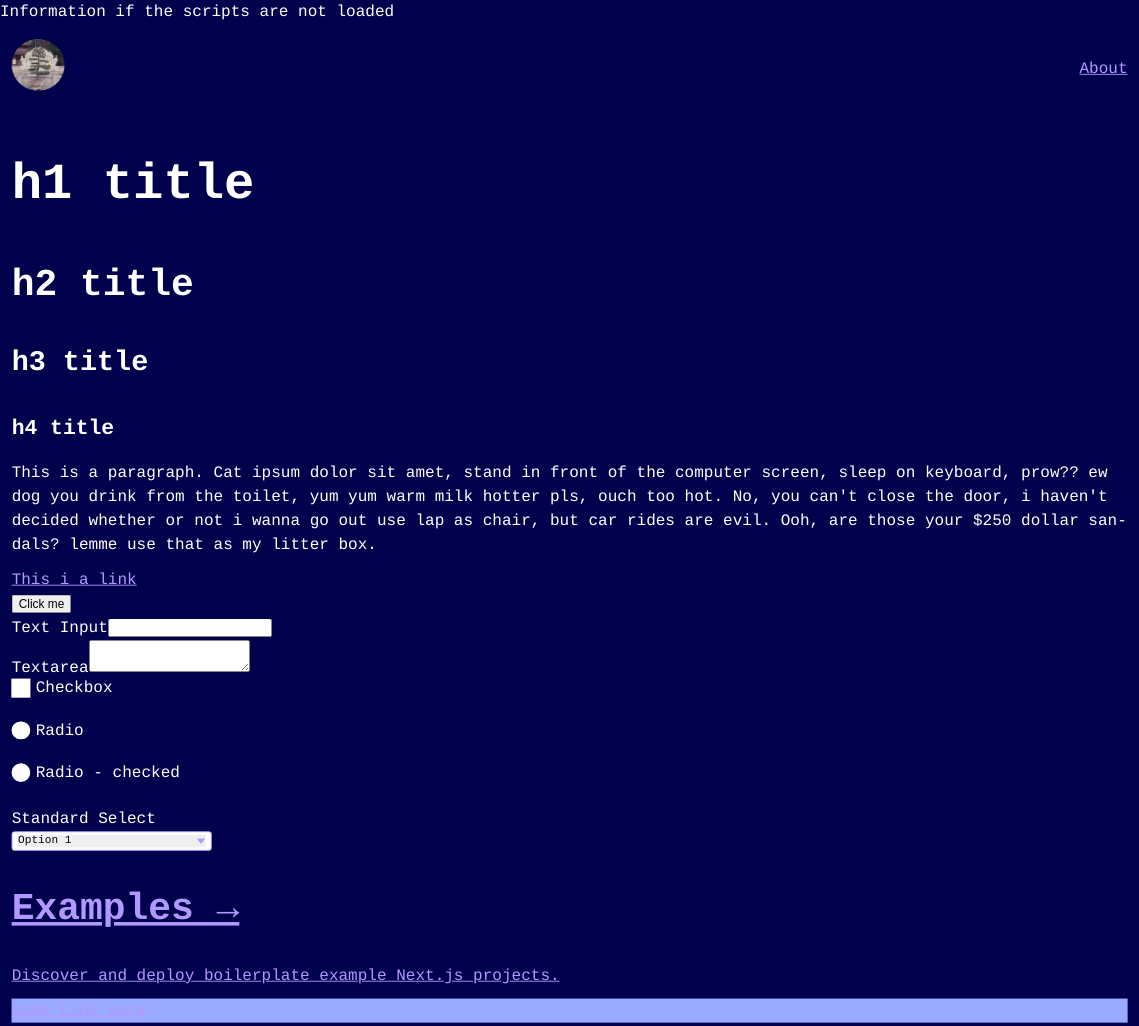
Repository: magiai/scent-app
Page: /
An editor plug-in stored every save of this project. The page is shown before and after the next save, followed by the edit.
The browser window is 1280 px wide. The pictures show the whole page, at 89% of full size.
The project was rebuilt for these pictures with package versions that can differ from the ones it lists, and the page was loaded fresh each time. The framework's server and built-in components were replaced by stand-ins that run in the browser.

Above is the page before, as saved 2022-05-26 11:53:26.

### pages/_app.tsx

import '../styles/variables.css';
import '../styles/global.css';
import '../styles/forms.css';
import { AppProps } from 'next/app';

function MyApp({ Component, pageProps }: AppProps) {
    return (
        <Component {...pageProps} />
    )
}

export default MyApp

### pages/_document.js
import { Html, Head, Main, NextScript } from "next/document";

export default function Document() {
    return (
        <Html lang="en">
            <Head>
                <meta charset="utf-8" />
                <meta http-equiv="X-UA-Compatible" content="IE=edge" />
                <meta name=" theme-color" content="#fff" />
                <meta name="viewport" content="width=device-width, initial-scale=1" />
                <meta name="robots" content="index, follow" />

                <title key="title">Application title</title>
                <link rel="icon" href="/favicon.ico"></link>
                <link rel="canonical" href="https://website.com/"></link>
                <meta name="description" content="Application description"></meta>

                {/* Open Graph Protocol */}
                <meta property="fb:page_id" content="" />
                <meta property="twitter:site" content="" />

                <meta property="og:title" content="Application title"/>
                <meta property="og:type" content="application"/>
                <meta property="og:url" content="https://website.com"/>
                <meta property="og:site_name" content=""/>
                <meta property="og:description" content="Application description"/>
                <meta property="og:image" content=""/>
                {/* /Open Graph Protocol */}

                <noscript>Information if the scripts are not loaded</noscript>
            </Head>
            <body>
                <Main />
                <NextScript />
            </body>
        </Html>
    )
}

### pages/index.tsx
import Head from 'next/head';
import Layout from '../components/layout';

export default function Home() {
  return (
    <Layout>
      <Head>
        <title key="title">Home</title>
      </Head>

      <main>
        <h1>h1 title</h1>
        <h2>h2 title</h2>
        <h3>h3 title</h3>
        <h4>h4 title</h4>

        <p>
            This is a paragraph. Cat ipsum dolor sit amet, stand in front of the computer screen, sleep on keyboard, prow?? ew dog you drink from the toilet, yum yum warm milk hotter pls, ouch too hot. No, you can't close the door, i haven't decided whether or not i wanna go out use lap as chair, but car rides are evil. Ooh, are those your $250 dollar sandals? lemme use that as my litter box.
        </p>

        <a href='/'>This i a link</a>
        <br />
        <button>Click me</button>
        <br />

        <form>
            <label htmlFor="text-input">Text Input</label>
            <input className="input" id="text-input" type="text" />
            <br/>
            <label htmlFor="textarea">Textarea</label>
            <textarea className="input" id="textarea"></textarea>
            <br />
            <label className="form-control">
                <input name="checkbox" type="checkbox"/>
                Checkbox
            </label>
            <br />
            <label className="form-control">
                <input name="radio" type="radio" disabled/>
                Radio
            </label>
            <br />
            <label className="form-control">
                <input name="radio" type="radio"/>
                Radio - checked
            </label>
            <br />
            <label htmlFor="standard-select">Standard Select</label>
            <div className="select">
                <select id="standard-select">
                    <option value="Option 1">Option 1</option>
                    <option value="Option 2">Option 2</option>
                    <option value="Option 3">Option 3</option>
                    <option value="Option 4">Option 4</option>
                    <option value="Option 5">Option 5</option>
                    <option value="Option length">
                    Option that has too long of a value to fit
                    </option>
                </select>
                <span className="focus"></span>
            </div>
        </form>


        <div className="grid">
          <a
            href="https://github.com/vercel/next.js/tree/master/examples"
            className="card"
          >
            <h2>Examples &rarr;</h2>
            <p>Discover and deploy boilerplate example Next.js projects.</p>
          </a>

        </div>
      </main>

    </Layout>
  )
}

### styles/variables.css
:root {
    --color--white: white;
    --color--black: black;

    --hue--base: 255;
    --saturation--base: 100%;
    --lightness--base: 80%;
    --opacity--base: 1;
    --color--lighten: 5%;
    --color--darken: 10%;
    --color--primary: hsla(var(--hue--base), var(--saturation--base), var(--lightness--base), var(--opacity--base));
    --color--primary--active: hsla(var(--hue--base),
                                    var(--saturation--base),
                                    calc(var(--lightness--base) + var(--color--lighten)),
                                    var(--opacity--base));

    --hue--secondary: 240;
    --saturation--secondary: 100%;
    --lightness--secondary: 15%;
    --color--secondary: hsla(var(--hue--secondary), var(--saturation--secondary), var(--lightness--secondary), var(--opacity--base));
    --color--secondary--active: hsla(var(--hue--secondary),
                                var(--saturation--secondary),
                                calc(var(--lightness--secondary) + var(--color--lighten)),
                                var(--opacity--base));

    --hue--error: 360;
    --hue--success: 130;
    --hue--information: 230;
    --color--disabled: hsla(var(--hue--information), 0, calc(var(--lightness--base) - var(--color--darken)), var(--opacity--base));
    --color--information: hsla(var(--hue--information), var(--saturation--base), var(--lightness--base), var(--opacity--base));
    --color--success: hsla(var(--hue--success), var(--saturation--base), var(--lightness--base), var(--opacity--base));
    --color--error: hsla(var(--hue--error), var(--saturation--base), var(--lightness--base), var(--opacity--base));

    --background-color: var(--color--secondary);

    --spacing__ratio: 1.414;
    --spacing__ratio--desktop: 1.618;
    --space--base: 0.5rem;
    --space--xs: var(--space--base);
    --space--s: calc(var(--space--xs) * var(--spacing__ratio));
    --space--m: calc(var(--space--s) * var(--spacing__ratio));
    --space--l: calc(var(--space--m) * var(--spacing__ratio));
    --space--xl: calc(var(--space--l) * var(--spacing__ratio));

    --font-size__ratio: 1.20;
    --font-size__ratio--desktop: 1.333;
    --font-size--base: 1.8rem;
    --font-size--h4: calc(var(--font-size--base) * var(--font-size__ratio));
    --font-size--h3: calc(var(--font-size--h4) * var(--font-size__ratio));
    --font-size--h2: calc(var(--font-size--h3) * var(--font-size__ratio));
    --font-size--h1: calc(var(--font-size--h2) * var(--font-size__ratio));
}

@media only screen and (min-width: 768px) {
    :root {
        --font-size__ratio: var(--font-size__ratio--desktop);
        --spacing__ratio: var(--spacing__ratio--desktop);
    }
}

### styles/global.css
html {
    font-size: 62.5%;
}

*,
*:before,
*:after {
    box-sizing: border-box;
}

body {
    margin: 0;
    color: var(--color--white);
    background-color: var(--background-color);
    font-family: Courier;
    font-size: var(--font-size--base);
    line-height: 1.5;
    /* line-height: calc(2px + 2ex + 2px); */
}

p,
li,
h1, h2, h3, h4, h5 {
  overflow-wrap: break-word;
  hyphens: auto;
  margin-bottom: 0.65em;
}

h1 {
    font-size: var(--font-size--h1);
}

h2 {
    font-size: var(--font-size--h2);
}

h3 {
    font-size: var(--font-size--h3);
}

h4 {
    font-size: var(--font-size--h4);
}

h5 {
    font-size: var(--font-size--h5);
}

a {
    color: var(--color--primary);
    padding-top: var(--space--s);
    padding-bottom: var(--space--s);
}

a:hover, a:active, a:focus {
    color: var(--color--primary--active);
}

### styles/forms.css
:root {
    --form-control__color: var(--color--secondary);
    --form-control--disabled: var(--color--disabled);
    --select-border: var(--color--primary);
    --select-focus: var(--color--primary);
    --select-arrow: var(--select-border);
}

.form-control {
    font-family: Courier;
    font-size: var(--font-size--base);
    line-height: 1.1;
    display: grid;
    grid-template-columns: 1em auto;
    gap: 0.5em;
}

input[type="radio"],
input[type="checkbox"] {
    --webkit-appearance: none;
    appearance: none;
    background-color: var(--color--white);
    margin: 0;
    font: inherit;
    color: currentColor;
    width: 1.15em;
    height: 1.15em;
    border: 0.15em solid currentColor;
    transform: translateY(-0.075em);
    display: grid;
    place-content: center;
}

input[type="radio"] {
    border-radius: 50%;
}

input[type="radio"]::before,
input[type="checkbox"]::before {
    content: "";
    width: 0.65em;
    height: 0.65em;
    transform: scale(0);
    transition: 120ms transform ease-in-out;
    box-shadow: inset 1em 1em var(--form-control__color);
    background-color: CanvasText;
}

input[type="radio"]::before {
    border-radius: 50%;
}

input[type="radio"]:checked::before,
input[type="checkbox"]:checked::before {
    transform: scale(1);
}

input[type="checkbox"]:checked::before {
    transform: scale(1);
    transform-origin: bottom left;
    clip-path: polygon(14% 44%, 0 65%, 50% 100%, 100% 16%, 80% 0%, 43% 62%);
}

input[type="radio"]:focus,
input[type="checkbox"]:focus {
    outline: max(0.2rem, 0.15em) solid currentColor;
    outline-offset: max(0.2rem, 0.15em);
}

input[type="radio"]:disabled,
input[type="checkbox"]:disabled {
    --form-control__color: var(--form-control--disabled);
    color: var(--form-control--disabled);
    cursor: not-allowed;
}

.form-control + .form-control {
    margin-top: 1em;
}

select {
    appearance: none;
    background-color: rbga(0, 0, 0, 0);
    border: none;
    padding: 0 1em 0 0;
    margin: 0;
    width: 100%;
    font-family: inherit;
    font-size: inherit;
    cursor: inherit;
    line-height: inherit;
    outline: none;
}

select::-ms-expand {
    display: none;
}

.select {
    width: 100%;
    min-width: 15ch;
    max-width: 30ch;
    border: 1px solid var(--select-border);
    border-radius: 0.25em;
    padding: 0.25em 0.5em;
    font-size: 1.25rem;
    cursor: pointer;
    line-height: 1.1;
    background-color: var(--color--white);
    background-image: linear-gradient(to top, #f9f9f9, var(--color--white) 33%);
    display: grid;
    grid-template-areas: "select";
    align-items: center;
    position: relative;
  }

.select::after {
    content: "";
    width: 0.8em;
    height: 0.5em;
    background-color: var(--select-arrow);
    clip-path: polygon(100% 0%, 0 0%, 50% 100%);
    justify-self: end;
}

select,
.select::after {
    grid-area: select;
}

select:focus + .focus {
    position: absolute;
    top: -0.1rem;
    left: -0.1rem;
    right: -0.1rem;
    bottom: -0.1rem;
    border: 0.2rem solid var(--select-focus);
    border-radius: inherit;
  }

### components/layout.tsx
import React from 'react';
import Footer from './footer';
import Header from './header';
import styles from './layout.module.css'

export default function Layout({
  children,
  home
}: {
  children: React.ReactNode
  home?: boolean
}) {
    return (
        <div className = {styles.container}>
            <Header/>
            {children}
            <Footer/>
        </div>
    );
}

### components/footer.js
import styles from './footer.module.css';

export default function Footer() {

    return(
        <footer className = {styles.footer}>
            <a
            href="https://vercel.com?utm_source=create-next-app&utm_medium=default-template&utm_campaign=create-next-app"
            target="_blank"
            rel="noopener noreferrer"
            >
            Some Link Here
            </a>
      </footer>
    );
}

### components/header.tsx
import Link from 'next/link';
import Image from 'next/image';
import styles from './header.module.css';

export default function Header() {
    return (
        <header className = {styles.header}>
            <nav className = {styles.navigation}>
                <Link href="/">
                    <a>
                        <Image
                            src = "/images/logo.png"
                            height = {60}
                            width = {60}
                            alt = "Logo"
                        />
                    </a>
                </Link>
                <Link href="/about">
                    <a>About</a>
                </Link>
            </nav>
        </header>
    );
}

### components/layout.module.css
.container {
    padding-left: var(--space--m);
    padding-right: var(--space--m);
}

### components/footer.module.css
.footer {
    background-color: var(--color--information);
}

### components/header.module.css
.header {
    padding-top: var(--space--s);
    padding-bottom: var(--space--s);
}

.navigation {
    width: 100%;
    display: flex;
    flex-direction: row;
    justify-content: space-between;
    align-items: center;
}

After the next save:
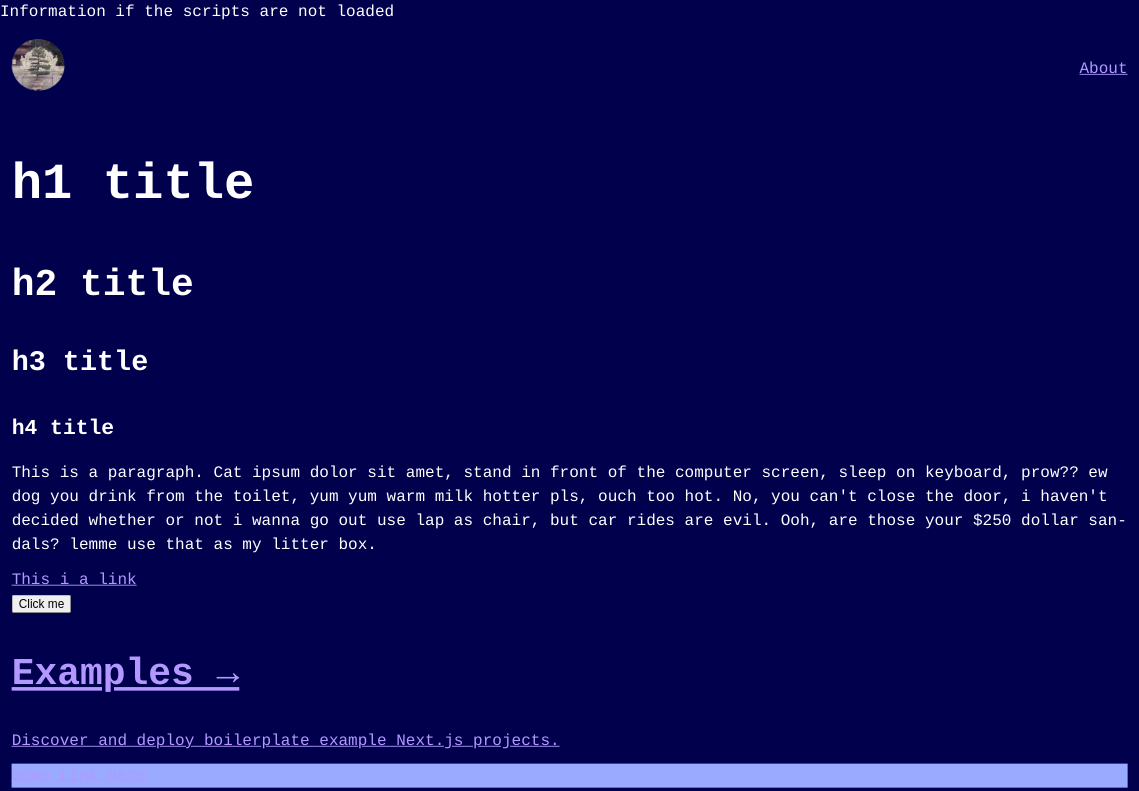
Saved 30 min 14 s later.
--- a/pages/index.tsx
+++ b/pages/index.tsx
@@ -23,45 +23,6 @@ export default function Home() {
         <button>Click me</button>
         <br />
 
-        <form>
-            <label htmlFor="text-input">Text Input</label>
-            <input className="input" id="text-input" type="text" />
-            <br/>
-            <label htmlFor="textarea">Textarea</label>
-            <textarea className="input" id="textarea"></textarea>
-            <br />
-            <label className="form-control">
-                <input name="checkbox" type="checkbox"/>
-                Checkbox
-            </label>
-            <br />
-            <label className="form-control">
-                <input name="radio" type="radio" disabled/>
-                Radio
-            </label>
-            <br />
-            <label className="form-control">
-                <input name="radio" type="radio"/>
-                Radio - checked
-            </label>
-            <br />
-            <label htmlFor="standard-select">Standard Select</label>
-            <div className="select">
-                <select id="standard-select">
-                    <option value="Option 1">Option 1</option>
-                    <option value="Option 2">Option 2</option>
-                    <option value="Option 3">Option 3</option>
-                    <option value="Option 4">Option 4</option>
-                    <option value="Option 5">Option 5</option>
-                    <option value="Option length">
-                    Option that has too long of a value to fit
-                    </option>
-                </select>
-                <span className="focus"></span>
-            </div>
-        </form>
-
-
         <div className="grid">
           <a
             href="https://github.com/vercel/next.js/tree/master/examples"
